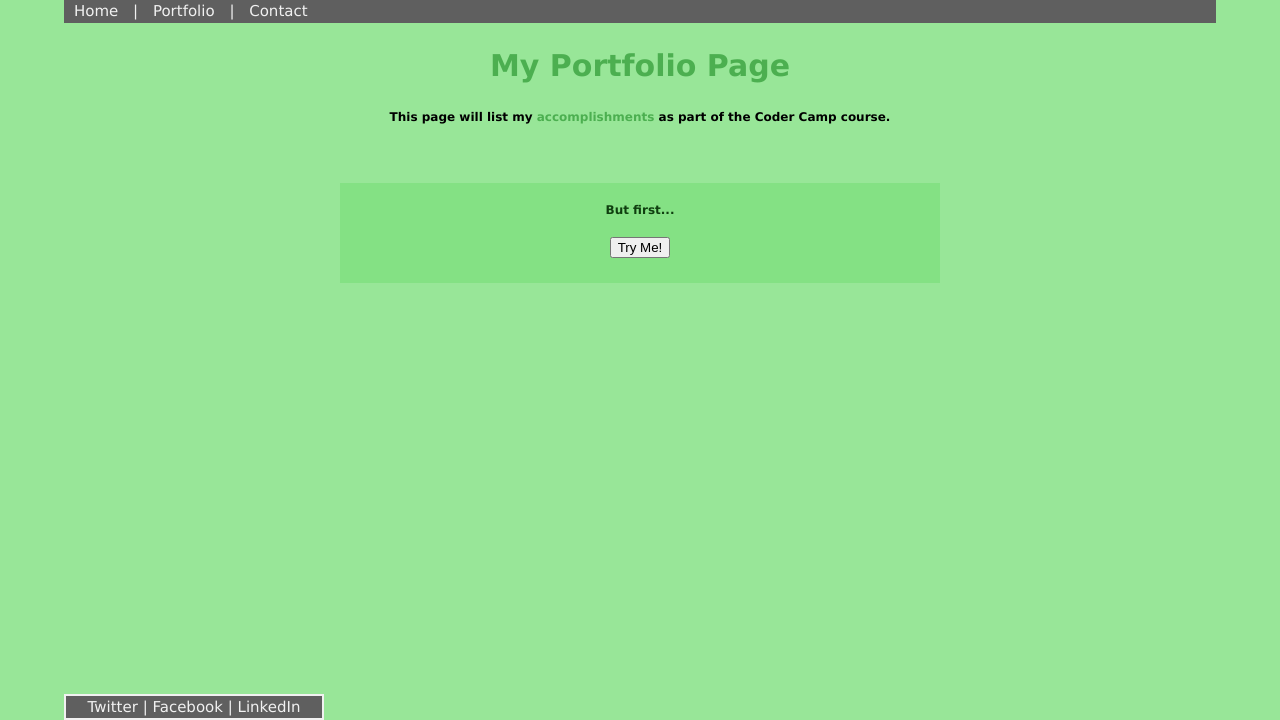
Repository: ischicagoisnotchicago/is-chicago
Page: http://localhost/CC_Personal_Website/portfolio.html
An editor plug-in stored every save of this project. The page is shown before and after the next save, followed by the edit.
The browser window is 1280 px wide. The pictures show the whole page.
The page is served by Tomcat 9.

Above is the page before, as saved 2017-05-25 23:04:41.

### CC Personal Website/WebContent/portfolio.html
<!DOCTYPE html>
<html>

<head>
<title>David Turner | Portfolio</title>
<link rel="stylesheet" type="text/css" href="style.css">
</head>

<body>
	<!-- Navigation Bar -->
	<nav>
		<a href="index.html">Home </a> | <a href="portfolio.html">Portfolio
		</a> | <a href="contact.html">Contact</a>
	</nav>

	<!-- Header -->
	<header>
		<h1>My Portfolio Page</h1>
		<h4>
			This page will list my <strong>accomplishments</strong> as part of
			the Coder Camp course.
		</h4>
	</header>

	<div id="portfolio">
	<div id="reserved">
		<br>But first...
		<br><br><button onclick="showFeature()" name="button">Try Me!</button></div>
	</div>

	<!-- Footer -->
	<footer>
		<a href="https://twitter.com/theagnessilient">Twitter</a> | <a
			href="https://www.facebook.com/profile.php?id=100004606000131"
		>Facebook</a> | <a href="https://www.linkedin.com/in/davidaturner19/">LinkedIn</a>
	</footer>

	<script src="script.js"></script>
</body>
</html>

### CC Personal Website/WebContent/style.css
/* Required! A background color */
/* Required! Change the font to a different Font-Family */
/* Required! Center all content on Home and Contact pages */
/* Tip! Changing body{height: 100%} will extend the page height making it easier to position content more accurately! */
body {
	font-family: Verdana,sans-serif;
    font-size: 15px;
    line-height: 1.5;
    height: 100%;
    width: 90%;
    background-color: #98e698;
    margin: 0 auto;
    text-align: center;
}

body#contact {
	font-family: "Comic Sans MS", cursive, sans-serif;
    font-size: 15px;
    line-height: 1.5;
    height: 100%;
    width: 90%;
	background-color: #ffe033;
	text-align: center;
}

header {
	height: 140px;
}

section {
	display: block;
	padding: 0 0 40px 0;
}

a {
	text-decoration: none;
}

/* Required! A style navbar */
nav {
	font-family: Verdana,sans-serif;
	color: #f1f1f1;
	background-color: #5f5f5f;
	text-align: left;
}

nav a {
	padding: 12px 10px;
}

a:link,
a:visited {
	color: #f1f1f1;
}

/* Required! Style links so when you hover the link, a different color is displayed */
a:hover {
    color: #4CAF50;
    background-color: black;
}

a:active {
    color: #f1f1f1;
}

h1, strong {
	color: #4CAF50;
}

h4 {
	font-size: .8em;
}

p {
	text-align: justify;
	text-indent: 15px;
}

dl {
	height: 380px;
}

dt {
	color: #ccad00;
	font-size: 1.4em;
	text-shadow: 2px 2px 5px white;
	text-align: left;
	border-left: 8px solid #ffdd1a;
	border-bottom: 1px solid #ffdd1a;
}

dd {
	text-align: right;
	font-style: italic;
	font-size: 0.9em;
	color: #0f3e0f;
}

#portfolio {
	height: 410px;
	width: 600px;
	margin: 0 auto 0 auto;
}

#accomplish {
	height: 400px;
}

#showtime {
	position: absolute;
	top: 180px;
	height: 220px;
	width: 600px;
	color: #0f3e0f;
	background-color: #84e184;
}

#reserved {
	height: 100px;
	font-weight: bold;
	font-size: 0.8em;
	color: #0f3e0f;
	background-color: #84e184;
}

#txtresults {
	height: 120px;
	color: #0f3e0f;
	padding: 20px 0 0 0;
	background-color: #84e184;
	border: 2px solid #ffdd1a;
}

.centerimg {
	height: 382px;
	width: 382px;
	margin: 25px auto 30px auto;
}

.itright {
	text-align: right;
	font-style: italic;
	color: #0f3e0f;
	padding-top: 50px;
}

.ftprompt {
    display: block;
    height: 25px;
    padding: 25px;
}

.fprompt {
	float: left;
	margin-left: 50px;
}

.tprompt {
	float: right;
	margin-right: 40px;
}

/* Required! The Contact should have a different color background and a set width of 25% */
.formtbl {
  height: 350px;
  width: 700px;
  margin: 0 auto 0 auto;
  padding: 10px 30px 0 30px;
}

.formside {
	width: 25%;
	float: left;
	background-color: #5f5f5f;
	padding: 10px;
	border: 5px double #0f3e0f;
	margin-left: 10px;
}

.formside input, .formside textarea {
	padding: 2px 0;
	background-color: #b8dc6f;
}

.formside button {
	margin: 0 60px;
	box-shadow: 2px 2px 2px #888888;
}

/* Required! The table needs to have a border and a background color. */
.tableside {
	float : right;
	width: 175px;
	height: 157px;
	color: #f1f1f1;
	padding: 10px;
	background-color: #5f5f5f;
    border: 5px double #0f3e0f;
    margin-right: 10px;
}

.tableside td {
	background-color: #5f5f5f;
	height: 20px;
	border: 5px double #0f3e0f;
	padding: 9px 40px;
}

/* Required! The mailto: with your email should be positioned in the bottom left corner with a border and background color */
.stuckleft {
	display: block;
	position: fixed;
	bottom: 0;
	left: 0;
	width: 97%;
	text-align: left;
	background-color: #5f5f5f;
	border-left: 5px double #f1f1f1;
	border-bottom: 1px solid #f1f1f1;
	border-right: 8px solid #f1f1f1;
}

/* Required! Footer needs to be stuck to the bottom of the page. */
footer {
  position: fixed;
  bottom: 0;
  width: 20%;
  color: #f1f1f1;
  background-color: #5f5f5f;
  border: 2px solid #f1f1f1;
}

footer a {

}

### CC Personal Website/WebContent/script.js
// Expand punctuation as needed.
var Punctuation = {

  COMMA : ',',
  SPACE : ' ',
  PERIOD : '.',
  QUEST : '?',
  EXC : '!'
}

// Object with report stats to be used in html.
var reportMy = {
  text : "",
  numOfWords : 0,
  numOfSents : 0,
  numOfSpaces : 0,
  aveWordsPerSent : 0
}

// Array objects listing my accomplishments.
var accomplishMy = [
    {
      dt : "Personal Website",
      dd : "This is my first Website created for Coding from Scratch using HTML5 and CSS."
    }, {
      dt : "Portfolio Examples",
      dd : "Simple exercises showing my use of HTML, CSS and Javascript."
    }
];

// Generate reports to entered text.
function reportStats() {

  // Set initial.
  var wordStarted = false;

  // Get text from element with id value.
  reportMy.text = document.getElementById("sample").value;

  // Through the entire text length, check char. Update stats as appropriately.
  for ( i = 0; i < reportMy.text.length; i++) {

    switch ( reportMy.text[i]) {

      // If PERIOD, QUESTION, EXCLAMATIONPT, update number of sentences.
      case Punctuation.PERIOD:
      case Punctuation.QUEST:
      case Punctuation.EXC:
        if ( wordStarted === true) {
          reportMy.numOfSents++;
        }
        // break;

        // If either or COMMA, update number of words,
      case Punctuation.COMMA:
        if ( wordStarted === true) {
          reportMy.numOfWords++;
          wordStarted = false;
        }
        break;

      // If COMMA, update number of spaces.
      case Punctuation.SPACE:
        reportMy.numOfSpaces++;
        if ( wordStarted === true) {
          reportMy.numOfWords++;
          wordStarted = false;
        }
        break;

      // Assumes otherwise we are char in a word.
      default: {
        if ( wordStarted === false) {
          wordStarted = true;
        }
      }
    }
  }

  // Once text length has been reached, update average words per sentence.
  reportMy.aveWordsPerSent = parseInt(reportMy.numOfWords / reportMy.numOfSents);

  // Return reportMy object.
  return reportMy;
}

// Create a portfolio report of accomplishments.
function portlist() {

  var port = document.getElementById("portfolio");
  var showt = document.getElementById("showtime");
  port.removeChild(showt);
  var div = appendElementChild("div", port, "accomplish");
  var dl = appendElementChild("dl", div);

  // Build accomplishment listing.
  if ( accomplishMy !== null) {
    var i = 0;
    do {

      var dt = appendElementChild("dt", dl);
      dt.innerHTML = accomplishMy[i].dt;
      var dd = appendElementChild("dd", dl);
      dd.innerHTML = accomplishMy[i].dd;
      appendBreakChild(2, dl);
      i++;

    } while ( i < accomplishMy.length);

  }

  return true;
}

// Create a page with the textreader exercise.
function textreader() {

  // Replace "reserved" report with feature exercise.
  var port = document.getElementById("portfolio");
  var reserved = document.getElementById("reserved");
  port.removeChild(reserved);
  var div = appendElementChild("div", port, "showtime");
  var prompt1 = "First, a simple exercise. Type complete sentences "
      + "in the text area provided then press SUBMIT. I will report "
      + "statistics related to your submission. Cool? ";
  appendTextChild(prompt1, div, "h4");
  var prompt2 = "Text Reader and Statistics";
  var txta = appendElementChild("textarea", div, "sample");
  txta.setAttribute("name", "textReader");
  txta.setAttribute("rows", "5");
  txta.setAttribute("cols", "30");
  appendBreakChild(2, div);

  // Create button to move to next results page.
  var button1 = appendElementChild("button", div, "button1id");
  button1.innerHTML = "Submit";
  button1.setAttribute("name", "button1");
  button1.setAttribute("onClick", "txtrresults()");

  return true;
}

// Create a page of textreader results.
function txtrresults() {

  // First, run reportStats and generate the ReportMy stats to be used.
  reportStats();

  // Then setup report using ReportMy data.
  var prompt1 = "I detect you had entered " + reportMy.numOfSents
      + " sentence(s), consisting of " + reportMy.numOfWords + " words and "
      + reportMy.numOfSpaces
      + " spaces. The average words per sentence therefore is "
      + reportMy.aveWordsPerSent + ". Thanks for playing!";
  var noenter = "I detect you have not entered words in the text area. Ok then.";

  // Create noenter if no words detected in text area.
  if ( reportMy.numOfWords === 0) {
    prompt1 = noenter;
  }

  // If word are detected, create page report.
  var showt = document.getElementById("showtime");
  var button1 = document.getElementById("button1id");
  showt.removeChild(button1);

  var port = document.getElementById("portfolio");
  var div = appendElementChild("div", showt, "txtresults");
  appendTextChild(prompt1, div, "h4");

  var button2 = appendElementChild("button", div, "button2id");
  button2.innerHTML = "Done!";
  button2.setAttribute("name", "button2");
  button2.setAttribute("onClick", "portlist()");
  return;
}

// Replace with whatever exercise you want to display. For now, TextReader().
function showFeature() {

  textreader();
}

// Append text as a child node (w element).
function appendTextChild(text, node, element, idname) {

  // Check input.
  if ( text === undefined || text === null || node === undefined
      || node === null || element === undefined || element === null) {
    return null;
  }

  // Create styled text node.
  var txt = document.createTextNode(text);
  var el = _createel(element, idname);
  el.appendChild(txt);
  node.appendChild(el);

  return el;
}

// Append xtimes of break(s) as child node(s) to node.
function appendBreakChild(xtimes, node) {

  // Check input.
  if ( xtimes === undefined || xtimes === null || node === undefined
      || node === null) {
    return null;
  }

  var i = 0;
  // Create xtimes number of breaks.
  do {

    node.appendChild(document.createElement("br"));
    i++;

  } while ( i < xtimes);

  return true;
}

// Create child node of element with optional idname. You need idname if you
// want to remove later.
function appendElementChild(element, node, idname) {

  if ( element === undefined || element === null || node === undefined
      || node === null) {
    return null;
  }

  var el = _createel(element, idname);
  node.appendChild(el);

  return el;
}

function _createel(element, idname) {

  // Check input.
  if ( element === null) {
    return;
  }

  // Create element with optional id.
  var el = document.createElement(element);
  if ( idname !== undefined && idname !== null) {

    el.setAttribute("id", idname);
  }

  return el;
}

After the next save:
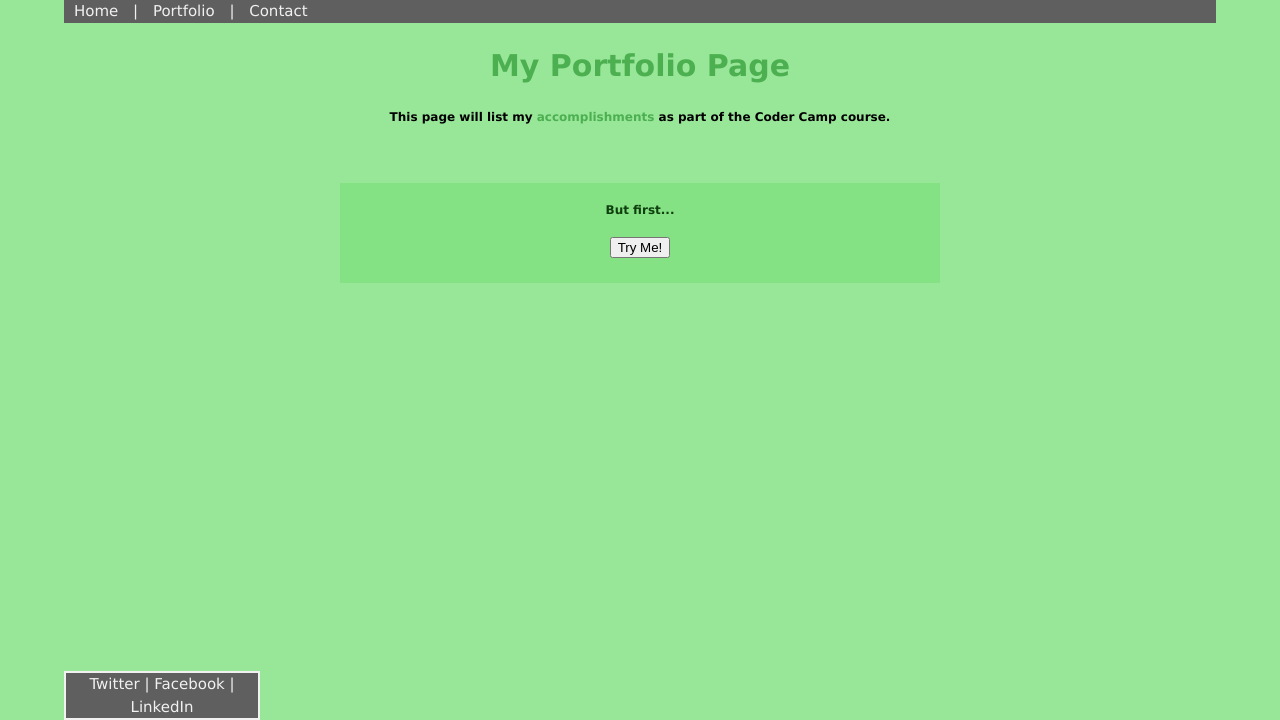
Saved 43 s later.
--- a/CC Personal Website/WebContent/style.css
+++ b/CC Personal Website/WebContent/style.css
@@ -224,7 +224,7 @@ dd {
 footer {
   position: fixed;
   bottom: 0;
-  width: 20%;
+  width: 15%;
   color: #f1f1f1;
   background-color: #5f5f5f;
   border: 2px solid #f1f1f1;
